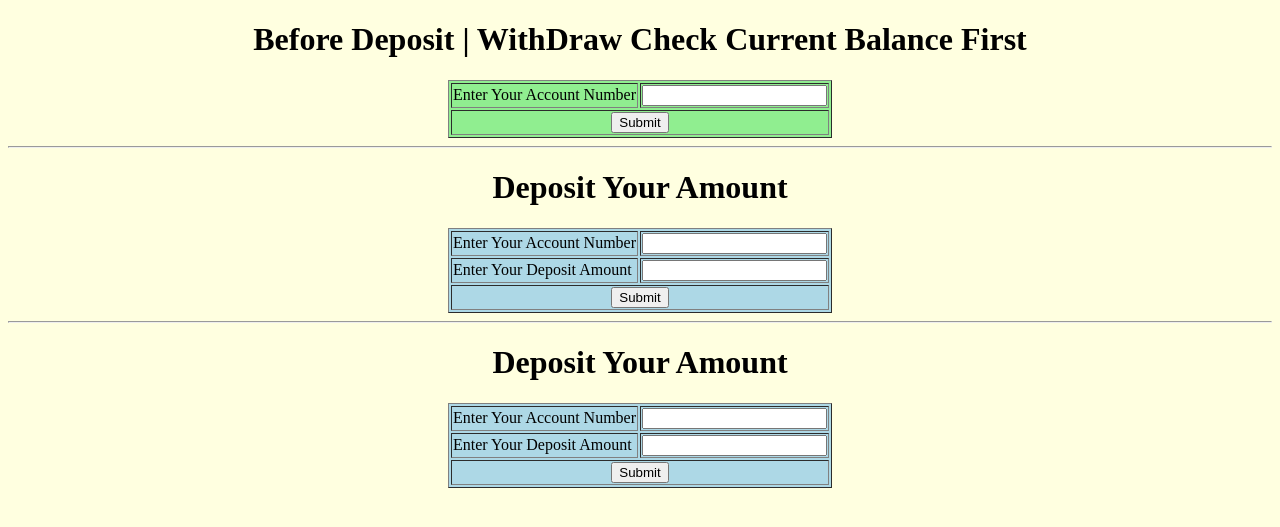
Repository: rukmini10/DXC
Page: DXC_MAVEN/Account/src/main/webapp/deposit.html
The author's editor kept a copy of each file at every save. The page is drawn from the files as they stood at one save, then again after the next save.
The browser window is 1280 px wide. The pictures show the whole page.

Above is the page before, as saved 2022-05-07 10:05:31.

After the next save:
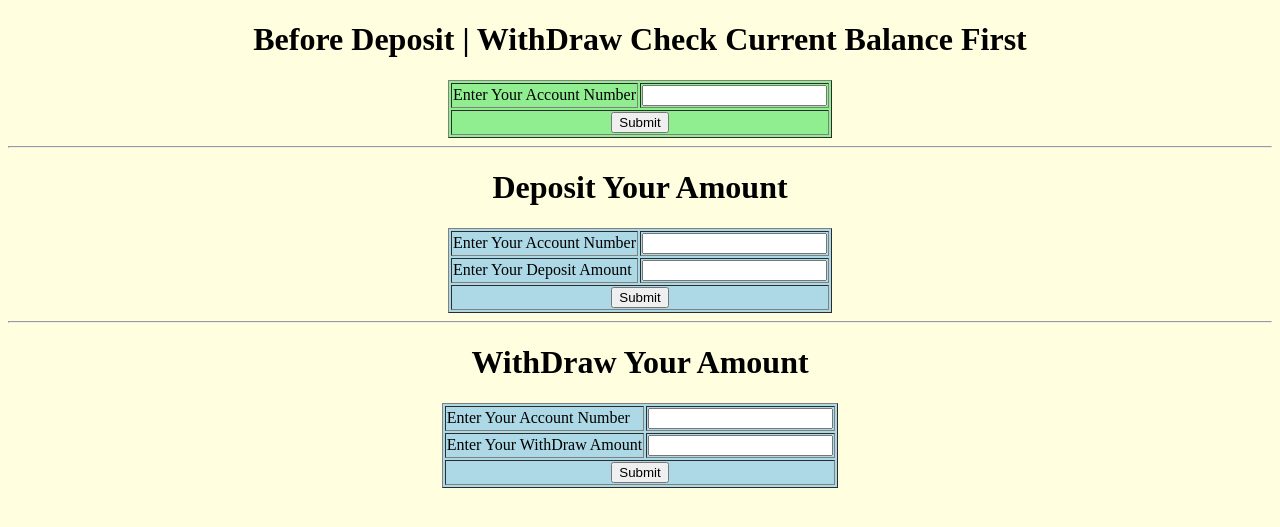
Saved 28 s later.
--- a/DXC_MAVEN/Account/src/main/webapp/deposit.html
+++ b/DXC_MAVEN/Account/src/main/webapp/deposit.html
@@ -47,13 +47,13 @@ and open the template in the editor.
 
           <hr>
             <div>
-            <h1>Deposit Your Amount</h1>
+            <h1>WithDraw Your Amount</h1>
             <form method="post" action="withdraw.jsp">
               <table border="1" bgcolor="lightblue">
                   <tr>
                         <td><label>Enter Your Account Number</label></td><td><input type="text" name="ano"></td></tr>
                     <tr>
-                        <td><label>Enter Your Deposit Amount</label></td><td><input type="text" name="amt"></td>
+                        <td><label>Enter Your WithDraw Amount</label></td><td><input type="text" name="amt"></td>
                     </tr>
                                         <td colspan="2" align="center"><input type="Submit" value="Submit"></td>
                     </tr>
